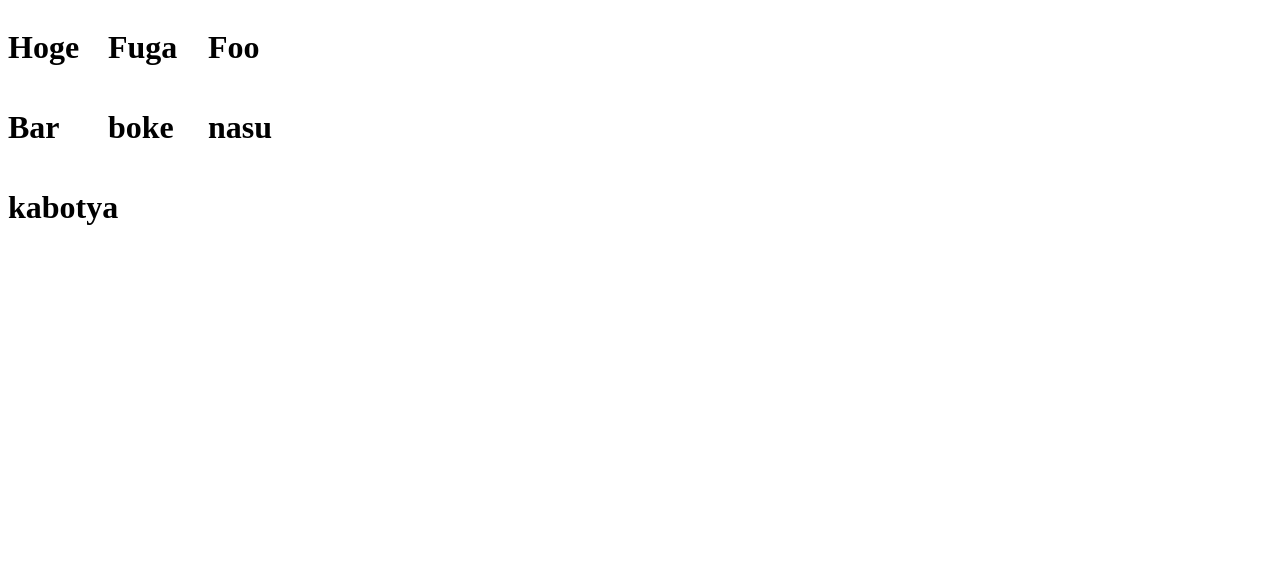
Repository: 1008216/samurai_HTML-CSS
Page: stylesheet/aa.html
The author's editor kept a record of every edit. The page is drawn from the files as they stood at one moment, then again after the next edit.
The browser window is 1280 px wide. The pictures show the whole page.

Above is the page before.

After the next edit:
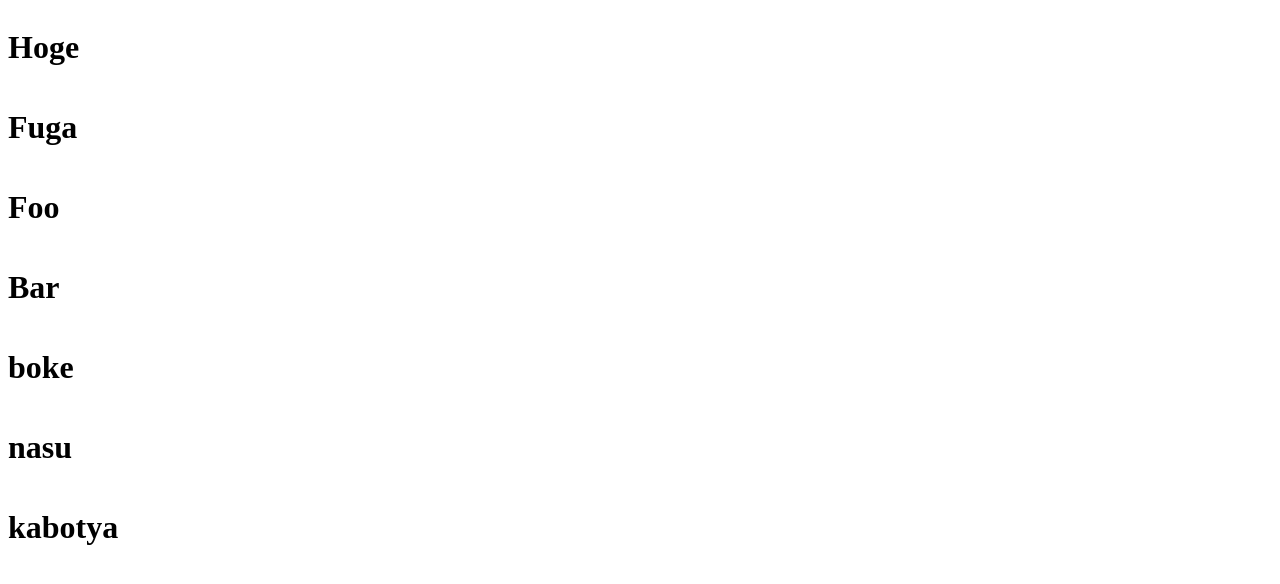
The edit:
--- a/stylesheet/aa.html
+++ b/stylesheet/aa.html
@@ -3,7 +3,8 @@
         <style>
             #grid {
                 display: grid;
-                grid-template-columns: 100px 100px 100px
+                grid-template-columns:100px 100px
+                grid-template-rows:100px 100px 100px;
             }
         </style>
     </head>
